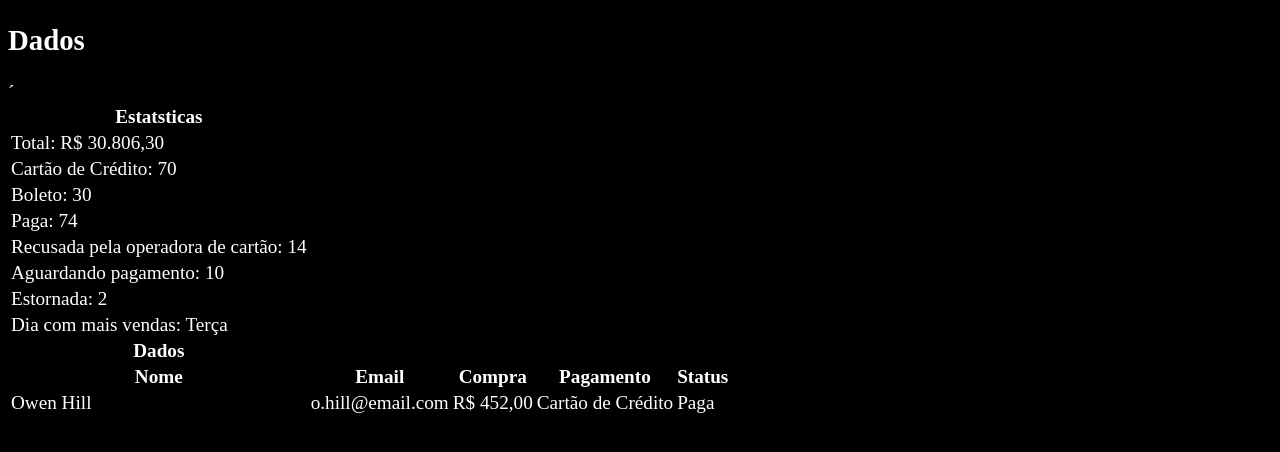
Repository: lucasleitedosreis/exercicios-praticando-typescript
Page: index.html
An editor plug-in stored every save of this project. The page is shown before and after the next save, followed by the edit.
The browser window is 1280 px wide. The pictures show the whole page.
The page's requests for data from a server got no answer.

Above is the page before, as saved 2023-04-15 14:38:26.

### index.html
<!DOCTYPE html>
<html lang="pt-BR">

<head>
    <meta charset="UTF-8">
    <meta http-equiv="X-UA-Compatible" content="IE=edge">
    <meta name="viewport" content="width=device-width, initial-scale=1.0">
    <title>Exercícios TypeScript</title>
    <link rel="stylesheet" href="./src/styles.css">
</head>

<body>
    <h2>Dados</h2>
    <table>
        <thead>
            <tr>
                <th id="estatisticas">Estatsticas</th>´
            </tr>
        </thead>
        <tbody>
            <tr>
                <td>Total: R$ 30.806,30</td>
            </tr>
            <tr>
                <td>Cartão de Crédito: 70</td>
            </tr>
            <tr>
                <td>Boleto: 30</td>
            </tr>
            <tr>
                <td>Paga: 74</td>
            </tr>
            <tr>
                <td>Recusada pela operadora de cartão: 14</td>
            </tr>
            <tr>
                <td>Aguardando pagamento: 10</td>
            </tr>
            <tr>
                <td>Estornada: 2</td>
            </tr>
            <tr>
                <td>Dia com mais vendas: Terça</td>
            </tr>
        </tbody>
        <thead>
            <tr>
                <th id="dados">Dados</th>
            </tr>
        </thead>
        <tbody>
            <tr>
                <th id="nome" colspan="10">Nome</th>
                <th id="email" colspan="10">Email</th>
                <th id="compra" colspan="10">Compra</th>
                <th id="pagamento" colspan="10">Pagamento</th>
                <th id="status" colspan="10">Status</th>
            </tr>
            <tr>
                <td colspan="10">Owen Hill</td>
                <td colspan="10">o.hill@email.com</td>
                <td colspan="10">R$ 452,00</td>
                <td colspan="10">Cartão de Crédito</td>
                <td colspan="10">Paga</td>
            </tr>
        </tbody>

    </table>
    <script type="module" src="./dist/script.js"></script>
</body>

</html>

### src/styles.css
body {
  background: #000000;
  color: #fff;
  font-size: 1.2rem;
}

### dist/script.js
import fetchData from "./fetchData.js";
import normalizarTransacao from "./normalizartransacao.js";
async function handleData() {
    const data = await fetchData("https://api.origamid.dev/json/transacoes.json?");
    if (!data)
        return;
    const transacoes = data.map(normalizarTransacao);
    preencherTabela(transacoes);
}
function preencherTabela(transacoes) {
    const tabela = document.querySelector("#tabela tbody");
    if (!tabela)
        return;
    transacoes.forEach((transacao) => {
        tabela.innerHTML += `
    <tr>
      <td>${transacao.nome}</td>
      <td>${transacao.email}</td>
      <td>R$: ${transacao.moeda}</td>
      <td>${transacao.pagamento}</td>
      <td>${transacao.status}</td>
    </tr>
    `;
    });
}
handleData();
//# sourceMappingURL=script.js.map

### dist/fetchData.js
export default async function fetchData(url) {
    try {
        const response = await fetch(url);
        if (!response.ok)
            throw new Error("Erro: " + response.status);
        const json = await response.json();
        return json;
    }
    catch (error) {
        if (error instanceof Error)
            console.log("Ocorreu um Erro ao executar o fetch: " + error.message);
        return null;
    }
}
//# sourceMappingURL=fetchData.js.map

### dist/normalizartransacao.js
import moedaParanumero from "./moedaParaNumero.js";
import stringToDate from "./stringToDate.js";
export default function normalizarTransacao(transacao) {
    return {
        nome: transacao.Nome,
        id: transacao.ID,
        data: stringToDate(transacao.Data),
        status: transacao.Status,
        email: transacao.Email,
        moeda: transacao["Valor (R$)"],
        valor: moedaParanumero(transacao["Valor (R$)"]),
        pagamento: transacao["Forma de Pagamento"],
        novo: Boolean(transacao["Cliente Novo"]),
    };
}
//# sourceMappingURL=normalizartransacao.js.map

### dist/moedaParaNumero.js
export default function moedaParanumero(moeda) {
    const numero = Number(moeda.replaceAll(".", "").replaceAll(",", "."));
    if (isNaN(numero)) {
        return null;
    }
    else {
        return numero;
    }
}
//# sourceMappingURL=moedaParaNumero.js.map

### dist/stringToDate.js
export default function stringToDate(text) {
    const [data, tempo] = text.split(" ");
    const [dia, mes, ano] = data.split("/").map(Number);
    const [horas, minutos] = tempo.split(":").map(Number);
    return new Date(ano, mes - 1, dia, horas, minutos);
}
//# sourceMappingURL=stringToDate.js.map

After the next save:
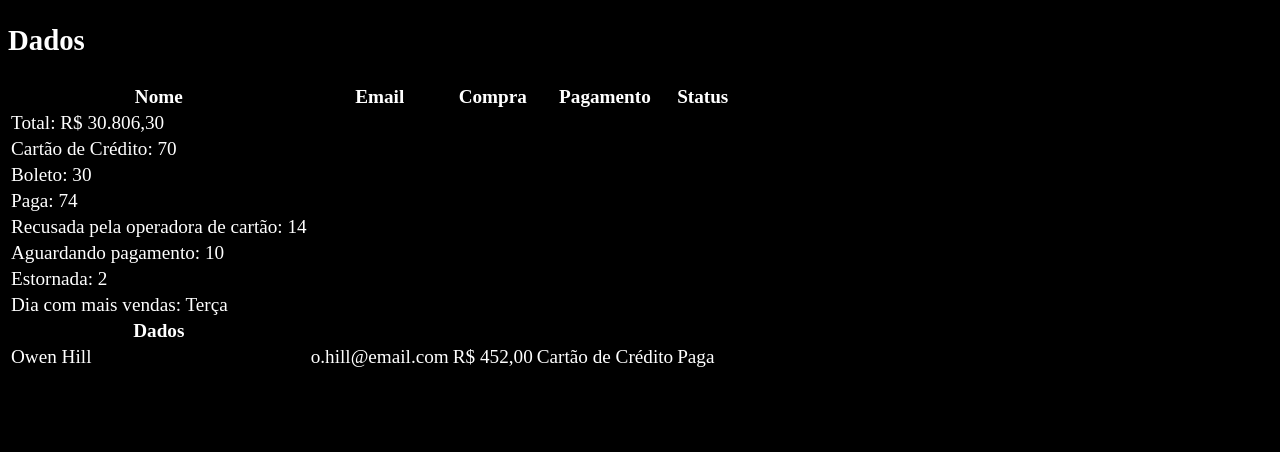
Saved 83 s later.
--- a/index.html
+++ b/index.html
@@ -14,7 +14,13 @@
     <table>
         <thead>
             <tr>
-                <th id="estatisticas">Estatsticas</th>´
+            <tr>
+                <th id="nome" colspan="10">Nome</th>
+                <th id="email" colspan="10">Email</th>
+                <th id="compra" colspan="10">Compra</th>
+                <th id="pagamento" colspan="10">Pagamento</th>
+                <th id="status" colspan="10">Status</th>
+            </tr>
             </tr>
         </thead>
         <tbody>
@@ -49,13 +55,7 @@
             </tr>
         </thead>
         <tbody>
-            <tr>
-                <th id="nome" colspan="10">Nome</th>
-                <th id="email" colspan="10">Email</th>
-                <th id="compra" colspan="10">Compra</th>
-                <th id="pagamento" colspan="10">Pagamento</th>
-                <th id="status" colspan="10">Status</th>
-            </tr>
+
             <tr>
                 <td colspan="10">Owen Hill</td>
                 <td colspan="10">o.hill@email.com</td>
